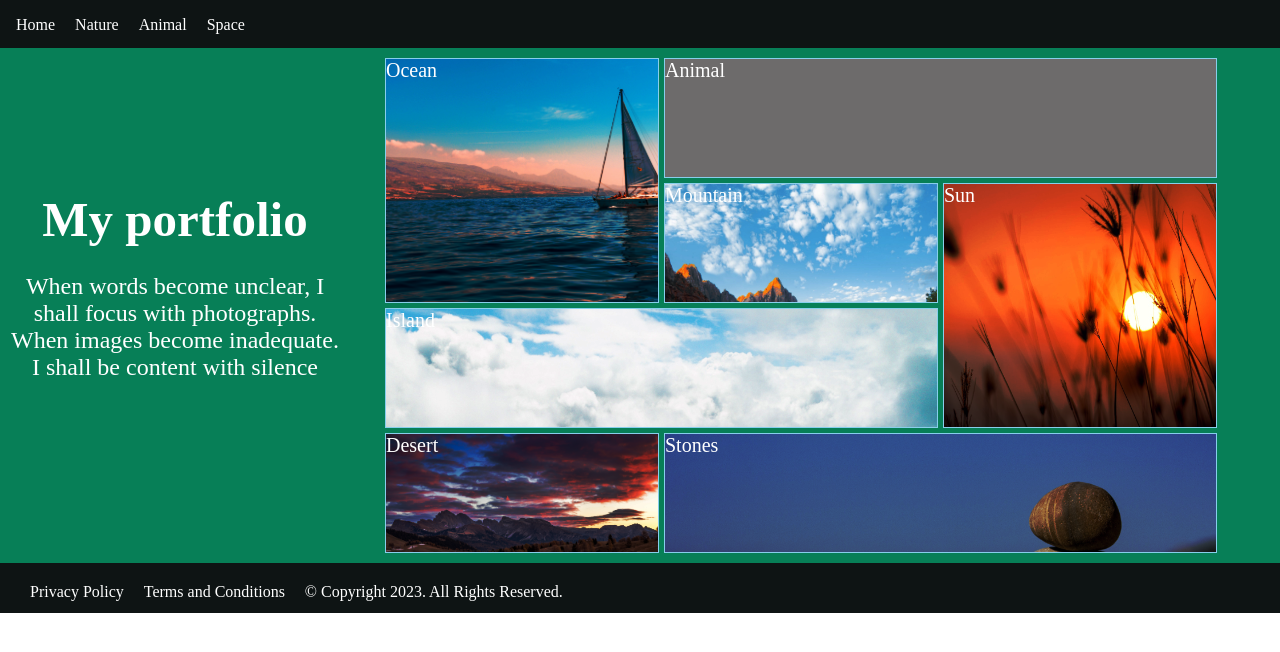
Repository: suraj-yadav7/03_Gallery_Portfolio
Page: index.html
These files come from the project's save history. The page is drawn as it stood at one moment and after the next save; the edit follows.
The browser window is 1280 px wide. The pictures show the whole page.
Pictures or frames that could not be fetched are drawn as grey boxes. Some web fonts or font styles are not loaded; a fallback is used.

Above is the page before, as saved 2023-02-14 21:29:49.

### index.html
<!DOCTYPE html>
<html lang="en">
<head>
    <meta charset="UTF-8">
    <meta http-equiv="X-UA-Compatible" content="IE=edge">
    <meta name="viewport" content="width=device-width, initial-scale=1.0">
    <title>Gallery</title>
    <link rel="stylesheet" href="style.css">
</head>
<body>
    <nav class="nav-section">
        <div class="nav-container">
        <ul class="nav-item flex">
            <li>    <a href="#">Home</a>   </li>
            <li>    <a href="#">Nature</a> </li>
            <li>    <a href="#">Animal</a> </li>
            <li>    <a href="#">Space</a> </li>
        </ul>
        </div>
    </nav>

        <div class="container flex">
            <div class="header-text">
                <h1 class="heading">My portfolio</h1>
                <p class="para">When words become unclear, I shall focus with photographs. When images become inadequate. I shall be content with silence</p>
            </div>
            <div class="gallery-layout">
                <div class="box" id="box1">Ocean</div>
                <div class="box" id="box2">Animal</div>
                <div class="box" id="box3">Mountain</div>
                <div class="box" id="box4">Sun</div>
                <div class="box" id="box5">Island</div>
                <div class="box" id="box6">Desert</div>
                <div class="box" id="box7">Stones</div>
            </div>
        </div>
        <footer>
            <div class="flex">
                <a>Privacy Policy</a>
                <a>Terms and Conditions</a>
                <a>© Copyright 2023. All Rights Reserved.</a>
            </div>
        </footer>
</body>
</html>

### style.css
@import url('https://fonts.googleapis.com/css2?family=Bodoni+Moda:ital,opsz@0,6..96;1,6..96&display=swap');

*{
    margin: 0;
    padding: 0;
    box-sizing: border-box;
}

:root{
    --primary-text-color: #1a0000;
    --secondary-text-color:  #33331a;
    --accent-color:  #cc99ff;
    --accent-dark-color: #4d88ff;
    --padding-inline-section: 20px;
}


/* Utility */


a{
    text-decoration: none;
    color: rgb(255, 255, 255);


}

.flex{
    display: flex;
    align-items: center;

}

/* Nav section */
.nav-container{
    background-color: rgb(14, 20, 20);
    padding: 1rem;
    font-family: 'Bodoni Moda', serif;
    font-size: 1rem;
    height: 3rem;


}
.nav-item{
    gap: 20px;
    list-style: none;
    padding-bottom: 55px;
}
a:hover{
    color:#fff;
}

/*main -section */
.container{
    background-color: rgb(7, 127, 87);
    padding-block: 10px;
    gap: 35px;
    font-family: "bodoni modo" ;

}
.header-text{
    height: 250px;
   width: 350px;
    color: white;
    text-align: center;
    padding: 10px;

}
.heading{
    font-size: 49px;
}
.para{
    margin-top: 25px;
    font-size: 1.5rem;
}
.gallery-layout{
    display: grid;
    row-gap: 5px;
    column-gap: 5px;
    grid-template-columns: repeat(3, 1fr);
    grid-auto-rows: 120px;
    flex-basis: 65%;

}

.box{
    background-color: rgb(63, 60, 60);
    border: 1px solid skyblue;
    background-size: cover;
    background-position: top;
    background-blend-mode: hard-light;
    transition: all 1s ease-in-out;
    cursor: pointer;
    color: white;
    font-size: 20px;


}
.box:hover{
    background-color:rgb(210, 204, 204) ;
    background-position: center;

    box-shadow: 0 0 4px #fff;

}

#box1{
    grid-row: span 2;
    background-image: url("images/pexels-szelei-robert-1482193.jpg");


}

#box2{
    grid-column: span 2;
    background-image: url("images/pexels-dsd-1829979.jpg");

}
#box3{
    background-image: url("images/pexels-michael-block-3225517.jpg");

}

#box4{
    grid-row: span 2;
    background-image: url("images/pexels-darwis-alwan-1454752.jpg");
}

#box5{
    grid-column: span 2;
    background-image: url("images/pexels-michael-block-3225524.jpg");

}
#box6{
    background-image: url("images/pexels-michal-lizuch-2919720.jpg");

}

#box7{
    grid-column: span 2;
    background-image: url("images/pexels-pixabay-235990.jpg");

}


/* Footer */
footer{
    height: 50px;
    max-width: 100%;
    background-color: rgb(14, 20, 20);
    padding: var(--padding-inline-section);
    font-family: 'Bodoni Moda', serif;
    font-size: 1rem;
}
footer a{
margin:0 10px;
}
/* media queries for Mobile Responsiveness */

@media screen and (max-width: 1024px){

    .container{
        flex-direction: column;
        padding: 20px;
    }
    .box{
        grid-column: span 3;
        grid-row: span 1;

    }
.gallery-layout{
    margin-top:-20px;
    width: 100%;
    grid-auto-rows: 100px;
    padding-inline: 12px;
    row-gap: 10px;

}
#box2, #box5, #box7{
    grid-column: span 3;
}

}

After the next save:
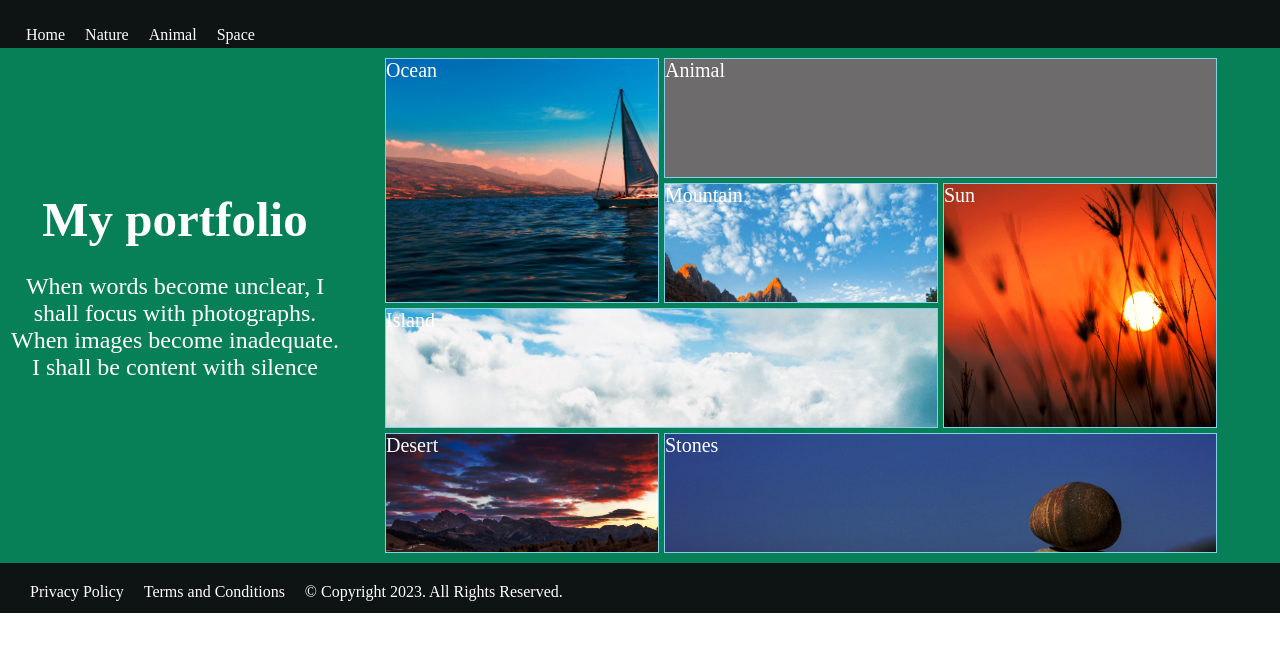
Saved 28 s later.
--- a/style.css
+++ b/style.css
@@ -44,7 +44,7 @@
 .nav-item{
     gap: 20px;
     list-style: none;
-    padding-bottom: 55px;
+    margin: 10px;
 }
 a:hover{
     color:#fff;

After the save that followed:
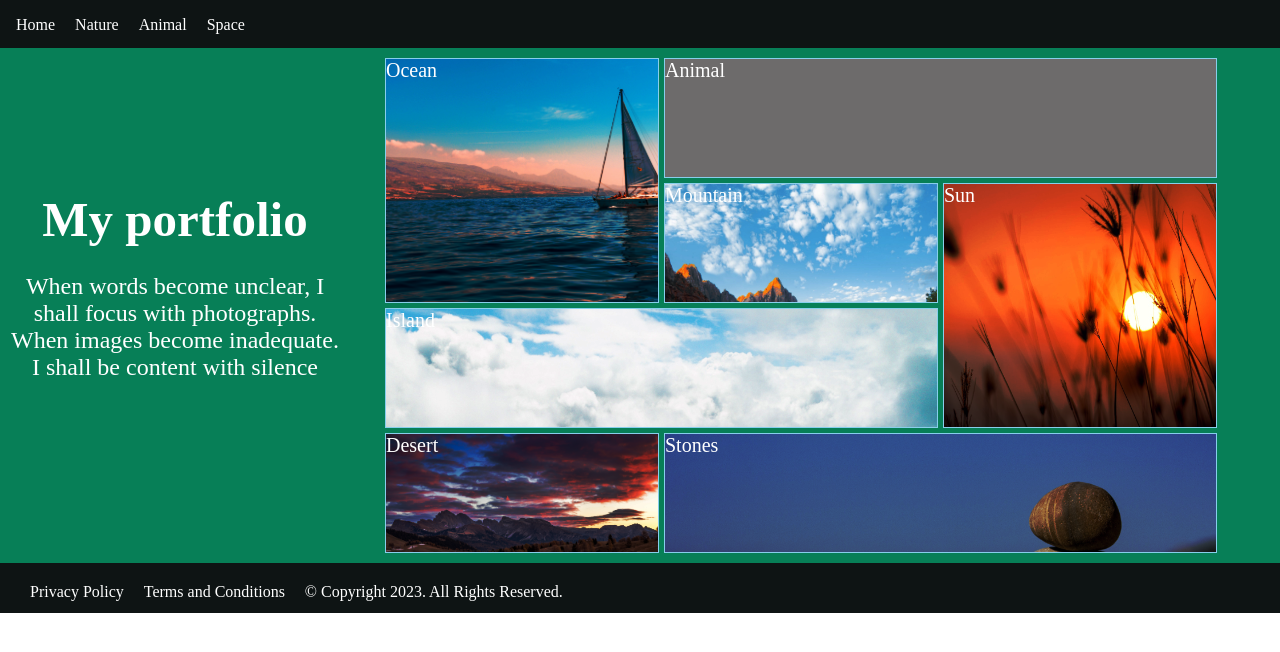
Saved 12 s later.
--- a/style.css
+++ b/style.css
@@ -44,7 +44,7 @@
 .nav-item{
     gap: 20px;
     list-style: none;
-    margin: 10px;
+    margin-bottom: 10px;
 }
 a:hover{
     color:#fff;
